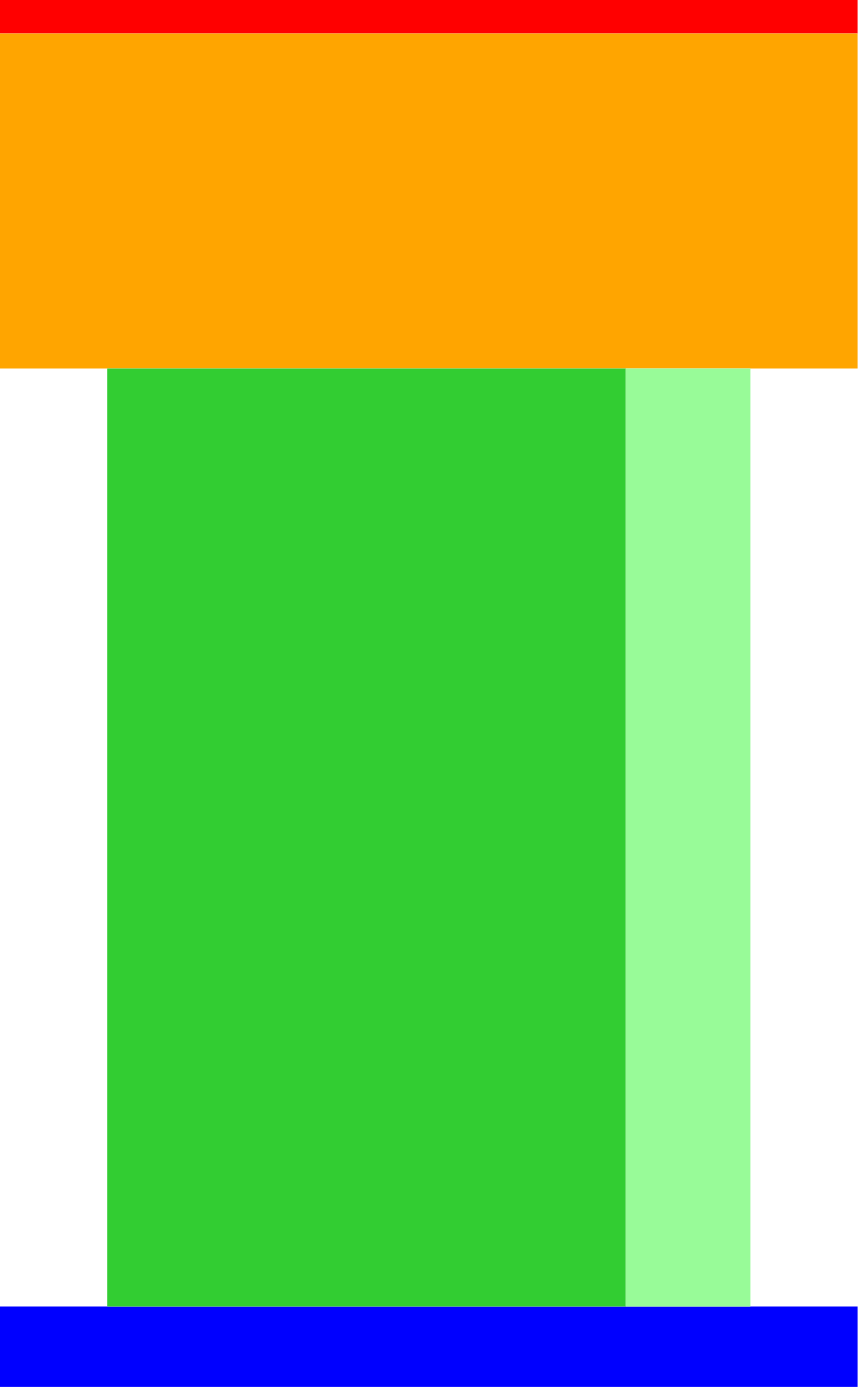
Repository: yuuyatada/API_sample_app
Page: htmlCP4/CP4index.html
The author's editor kept a record of every edit. The page is drawn from the files as they stood at one moment, then again after the next edit.
The browser window is 1280 px wide. The pictures show the whole page, at 67% of full size.

Above is the page before.

After the next edit:
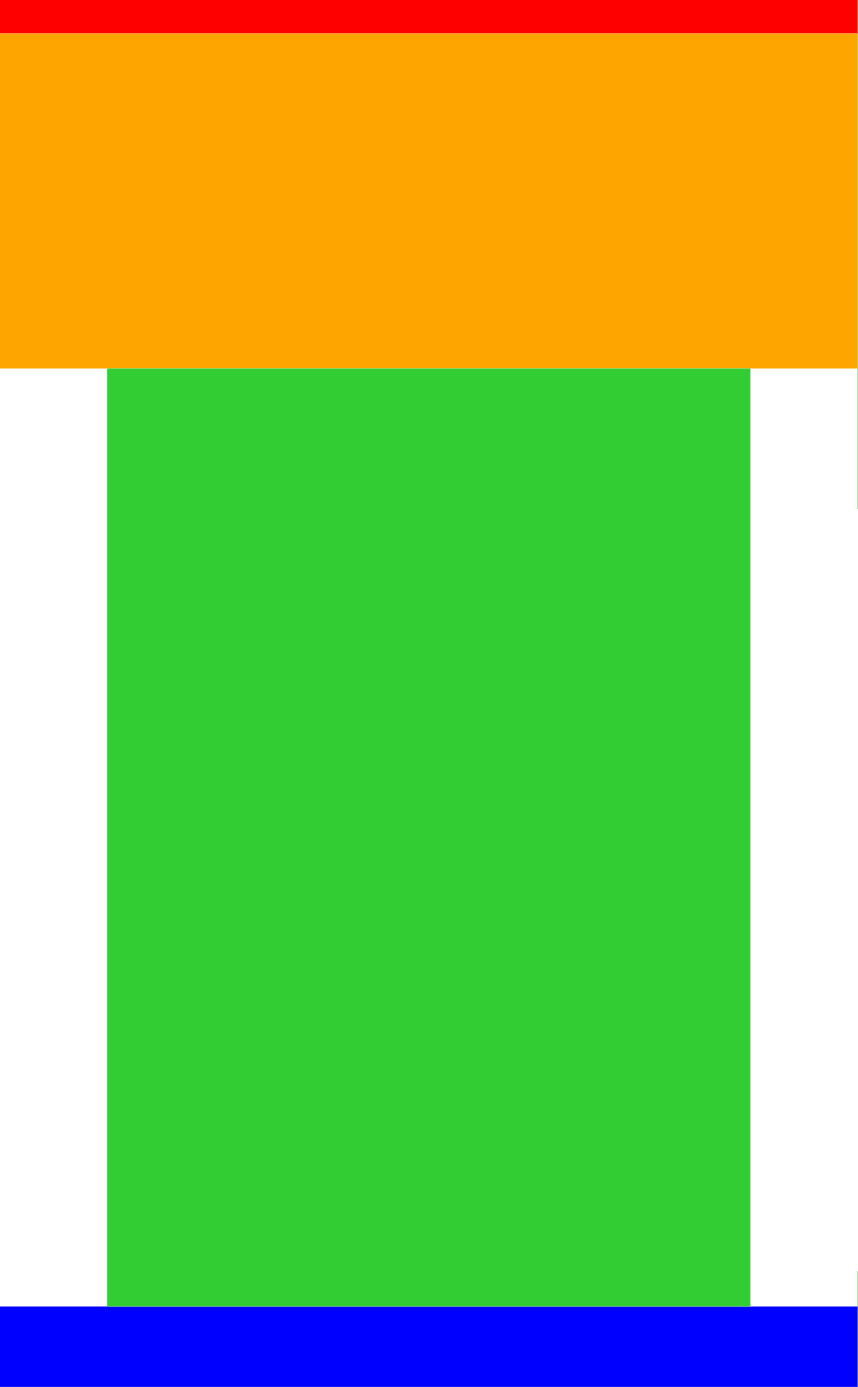
The edit:
--- a/htmlCP4/CP4style.css
+++ b/htmlCP4/CP4style.css
@@ -31,16 +31,7 @@
     background-color: limegreen;/*背景色にlimegreen*/
 
 }
-.sidebar{
-    width: 230px;/*横幅240px*/
-    height: 1400px;/*高さ1400px*/
-    background-color: palegreen;/*背景色にpalegreen*/
-}
-.sidebar2{
-    width: 500px;/*横幅240px*/
-    height: 1400px;/*高さ1400px*/
-    background-color: palegreen;/*背景色にpalegreen*/
-}
+
 
 .footer{
     width:100%;/*横幅いっぱい*/
